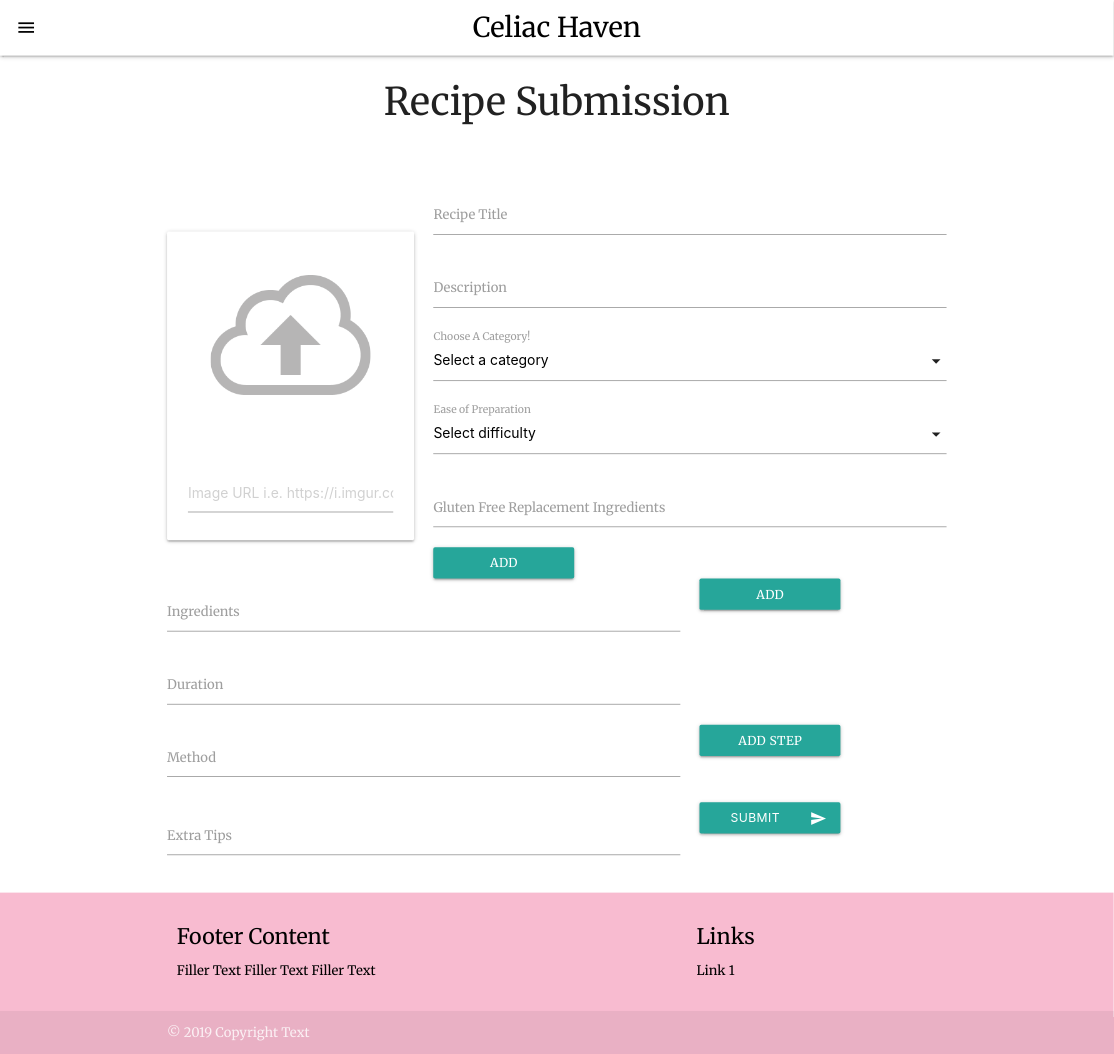
Repository: DanielJMaia/cookbook-project
Page: http://localhost/add_recipe
The author's editor kept a record of every edit. The page is drawn from the files as they stood at one moment, then again after the next edit.
The browser window is 1280 px wide. The pictures show the whole page, at 87% of full size.
Some web fonts or font styles are not loaded; a fallback is used. The page is served by the project's application, run on Flask 3 (app.py). Queries for data that is not in the repository find no rows.

Above is the page before.

### templates/add_recipe.html
{% extends 'base.html' %} {% block content %}

<h3 class="center-align" id="submit_recipe_header">Recipe Submission</h3>
<form action="{{url_for('insert_recipe')}}" method="POST" class="col s12 m8" autocomplete="off">
    <div class="container">
        <div class="row">
            <div class="col s11 m4 submit_image_spacing">
                <div class="card">
                    <div class="card-image">
                        <img src="/static/img/upload.jpg" class="image" id="upload_image">
                    </div>
                    <div class="card-content input-field">
                        <input id="add_image" type="text" class="validate" name="url" placeholder="Image URL i.e. https://i.imgur.com/PuHbs0g.jpg" required>
                    </div>
                </div>
            </div>
            <div class="input-field col s11 m8">
                <input id="recipe_title" type="text" class="validate" name="title" required>
                <label for="recipe_title">Recipe Title</label>
            </div>
            <div class="input-field col s11 m8">
                <input id="recipe_description" type="text" class="validate" name="description" required>
                <label for="recipe_description">Description</label>
            </div>
            <div class="input-field col s11 m8">
                <select name="category" required>
                            <option selected disabled value>Select a category</option>
                        {% for cat in second_category %}
                            <option value="{{ cat.category }}" >{{ cat.category }}</option>
                        {% endfor %}
                    </select>
                <label>Choose A Category!</label>
            </div>
            <div class="input-field col s11 m8">
                <select name="difficulty" required>
                        <option selected disabled value>Select difficulty</option>
                    {% for diff in difficulty %}
                        <option value="{{ diff.difficulty }}" >{{ diff.difficulty }}</option>
                    {% endfor %}
                </select>
                <label>Ease of Preparation</label>
            </div>
            <div class="input-field col s11 m8">
                <input id="gf_ingredient" type="text" class="validate" name="gf_ingredient">
                <label for="gf_ingredient">Gluten Free Replacement Ingredients</label>
            </div>
            <div class="col s2 center-align">
                <a class="waves-effect waves-light btn button_form_min_width">Add Ingredient</a>
            </div>
            <div class="input-field col s11 m8">
                <input id="ingredients" type="text" class="validate" name="ingredients" required>
                <label for="ingredients">Ingredients</label>
            </div>
            <div class="col s2 center-align">
                <a class="waves-effect waves-light btn button_form_min_width">Add Ingredient</a>
            </div>
            <div class="input-field col s11 m8">
                <input id="duration" type="text" class="validate" name="prep_duration" required>
                <label for="duration">Duration</label>
            </div>
            <div class="input-field col s11 m8">
                <textarea id="textarea1" class="materialize-textarea" name="method" required></textarea>
                <label for="textarea1">Method</label>
            </div>
            <div class="col s2 center-align">
                <a class="waves-effect waves-light btn button_form_min_width">Add Step</a>
            </div>
            <div class="input-field col s11 m8">
                <input id="tips" type="text" class="validate" name="tips">
                <label for="tips">Extra Tips</label>
            </div>
            <div class="col s2 center-align">
                <button class="btn waves-effect waves-light button_form_min_width" type="submit" name="action">Submit
                    <i class="material-icons right">send</i>
                </button>
            </div>
        </div>
    </div>
</form>
{% endblock %}

### templates/base.html
<!DOCTYPE html>
<html lang="en">

<head>
    <meta charset="UTF-8">
    <meta name="viewport" content="width=device-width, initial-scale=1.0">
    <meta http-equiv="X-UA-Compatible" content="ie=edge">
    <title>GF Recipes!</title>

    <link rel="stylesheet" href="https://cdnjs.cloudflare.com/ajax/libs/materialize/1.0.0/css/materialize.min.css">
    <link href="https://fonts.googleapis.com/icon?family=Material+Icons" rel="stylesheet">
    <link href="https://fonts.googleapis.com/css?family=Merriweather|Solway&display=swap" rel="stylesheet">
    <link rel="stylesheet" href="{{url_for('static', filename='css/style.css')}}" type="text/css" />
</head>

<body>
    <header>
        <nav class="white">
            <div class="nav-wrapper">
                <a href="{{url_for('home')}}" class="brand-logo center black-text">Celiac Haven</a>
                <a href="#" data-target="mobile-demo" class="sidenav-trigger show-on-large"><i class="material-icons black-text">menu</i></a>
            </div>
        </nav>



        <ul class="sidenav" id="mobile-demo">
            <li><a href="{{url_for('home')}}">Home</a></li>
            <li><a href="{{url_for('add_recipe')}}">Add A Recipe</a></li>
            {% for cat in categories %}
            <li><a href="{{url_for('get_recipes', recipe_category=cat.category)}}">{{ cat.category }}</a></li>
            {% endfor %}
        </ul>


    </header>
    <main>
        {% block content %} {% endblock %}
    </main>

    <footer class="page-footer pink lighten-4">
        <div class="container">
            <div class="row">
                <div class="col l6 s12">
                    <h5 class="black-text">Footer Content</h5>
                    <p class="black-text text-lighten-4">Filler Text Filler Text Filler Text</p>
                </div>
                <div class="col l4 offset-l2 s12">
                    <h5 class="black-text">Links</h5>
                    <ul>
                        <li><a class="black-text text-lighten-3" href="#!">Link 1</a></li>
                    </ul>
                </div>
            </div>
        </div>
        <div class="footer-copyright">
            <div class="container">
                © 2019 Copyright Text
            </div>
        </div>
    </footer>

    <script src="https://cdnjs.cloudflare.com/ajax/libs/jquery/3.4.1/jquery.js" integrity="sha256-WpOohJOqMqqyKL9FccASB9O0KwACQJpFTUBLTYOVvVU=" crossorigin="anonymous"></script>
    <script src="https://cdnjs.cloudflare.com/ajax/libs/materialize/1.0.0/js/materialize.min.js"></script>
    <script type="text/javascript" src="/static/js/initialization.js"></script>

</body>

</html>

### app.py
import os
from flask import Flask, render_template, redirect, request, url_for
from flask_pymongo import PyMongo
from bson.objectid import ObjectId

app = Flask(__name__)

USER = os.getenv('DB_USER')
PASSWORD = os.environ.get('DB_PASSWORD')

app.config["MONGO_DBNAME"] = 'milestone-project-cookbook'
app.config["MONGO_URI"] = 'mongodb+srv://root:r00tUser@myfirstcluster-bgp7f.mongodb.net/milestone-project-cookbook?retryWrites=true&w=majority'

mongo = PyMongo(app)

@app.route('/')
def home():
    return render_template("index.html",
    categories=mongo.db.categories.find())

@app.route('/get_recipes/<recipe_category>')
def get_recipes(recipe_category):
    return render_template("recipes.html",
    categories=mongo.db.categories.find(),
    recipes=mongo.db.recipes.find({"category": recipe_category}))

@app.route('/add_recipe')
def add_recipe():
    return render_template("add_recipe.html",
    categories=mongo.db.categories.find(),
    difficulty=mongo.db.difficulty.find())

@app.route('/insert_recipe', methods=["POST"])
def insert_recipe():
    recipes = mongo.db.recipes
    recipes.insert_one(request.form.to_dict())
    return redirect(url_for('home'))

@app.route('/edit_recipe/<recipe_id>')
def edit_recipe(recipe_id):
    _recipe = mongo.db.recipes.find_one({"_id": ObjectId(recipe_id)})
    _categories = mongo.db.categories.find()
    _difficulty = mongo.db.difficulty.find()
    category_list = [category for category in _categories]
    return render_template('edit_recipe.html', recipe=_recipe, categories=category_list, difficulty=_difficulty)

@app.route('/update_recipe/<recipe_id>', methods=["POST"])
def update_recipe(recipe_id):
    recipes = mongo.db.recipes
    recipes.update({'_id': ObjectId(recipe_id)},
    {
        'title' : request.form.get('title'),
        'category' : request.form.get('category'),
        'gf_ingredient' : request.form.get('gf_ingredient'),
        'prep_duration' : request.form.get('prep_duration'),
        'difficulty' : request.form.get('difficulty'),
        'method' : request.form.get('method'),
        'ingredients' : request.form.get('ingredients'),
        'description' : request.form.get('description'),
        'tips' : request.form.get('tips')
    })
    return redirect(url_for('home'))

@app.route('/view_recipe/<recipe_id>')
def view_recipe(recipe_id):
    return render_template('view_recipe.html',
    recipes = mongo.db.recipes.find({"_id": ObjectId(recipe_id)}))

# Test Page Route

@app.route('/testing')
def test():
    return render_template("testing.html",
    recipes=mongo.db.recipes.find())

if __name__  == '__main__':
    app.run(host=os.environ.get('IP'),
    port=int(os.environ.get('PORT')),
    debug=True)

### static/css/style.css
body {
  display: flex;
  min-height: 100vh;
  flex-direction: column;
  font-family: 'Solway', 'Merriweather', serif;
}

main {
  flex: 1 0 auto;
}

.brand-logo{
  width: fit-content;
}

#quote {
  background-image: url("/static/img/quote_background.jpg");
  background-size: cover;
  padding-top: 17rem;
  text-align: center;
  height: 55rem;
}

#upload_image {
  padding: 50px;
}

#submit_recipe_header {
  padding-bottom: 50px;
}

.button_form_min_width {
  min-width: 162px;
}

.submit_image_spacing {
  padding-top: 50px!important;
}

.recipe_banner {
  /*background-image: url("https://i.imgur.com/PuHbs0g.jpg"); */
  background-size: cover;
  resize: both;
  min-height: 40rem;
}

.recipe_information_box {
  width: 100%;
  margin-top: 5%;
}

#recipe_image{
  height: auto;
  width: 100%;
  position: relative;
}

.responsive_image{
  object-fit: cover;
  height: 20rem;
}


@media (min-width: 768px) {
  .recipe_information_box {
  width: 40%;
  margin-top: 7%;
  margin-right: 6%;
}
}

@media (min-width: 1200px) {
  .recipe_information_box {
  width: 20%;
  margin-top: 7%;
  margin-right: 6%;
}
}

### static/js/initialization.js
$(document).ready(function() {
    $('.sidenav').sidenav();
    $('.tabs').tabs();
    $('input#input_text, textarea#textarea2').characterCounter();
    $('select').formSelect();
});

After the next edit:
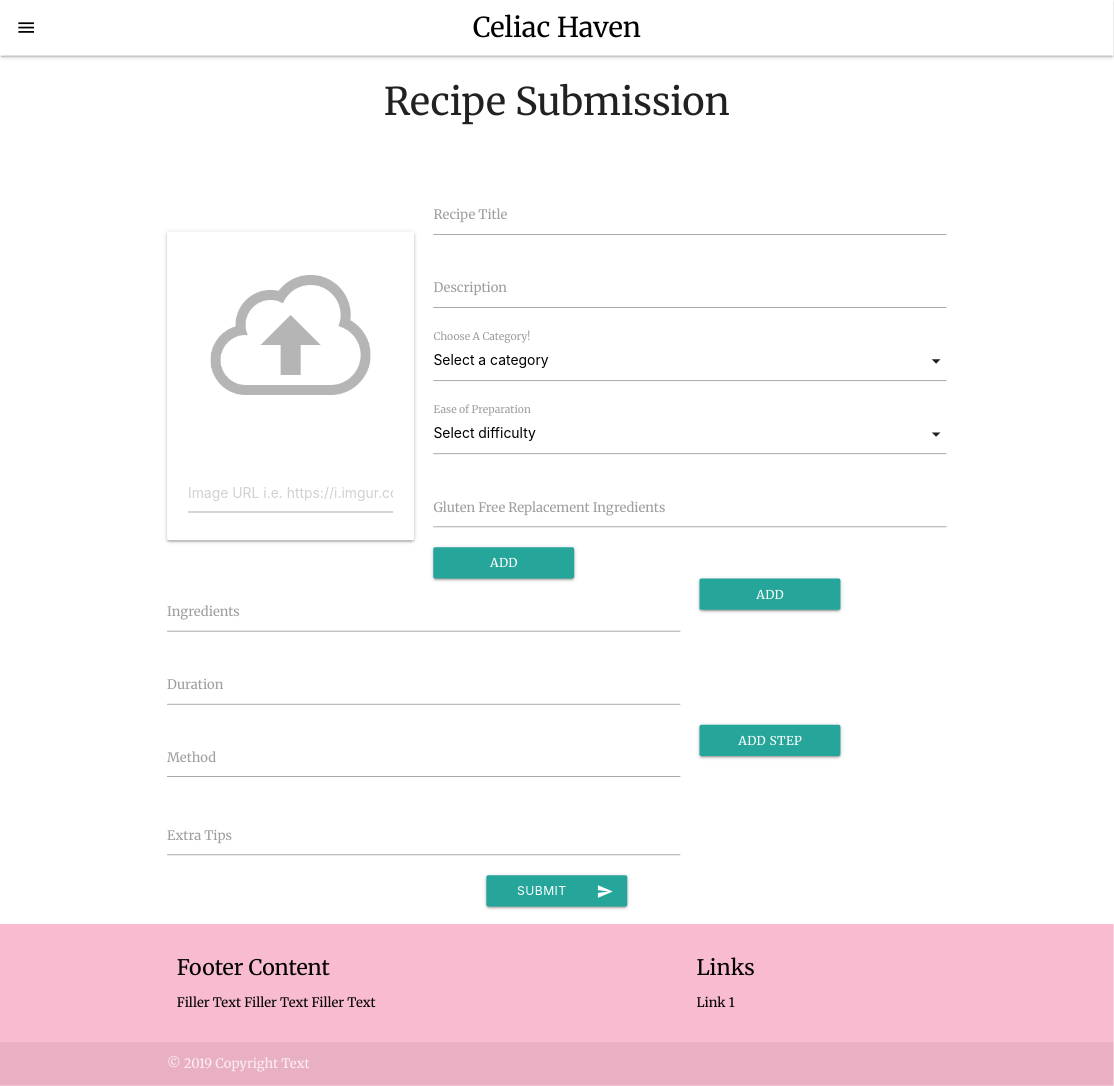
The edit:
--- a/templates/add_recipe.html
+++ b/templates/add_recipe.html
@@ -69,7 +69,7 @@
                 <input id="tips" type="text" class="validate" name="tips">
                 <label for="tips">Extra Tips</label>
             </div>
-            <div class="col s2 center-align">
+            <div class="col s12 center-align">
                 <button class="btn waves-effect waves-light button_form_min_width" type="submit" name="action">Submit
                     <i class="material-icons right">send</i>
                 </button>
